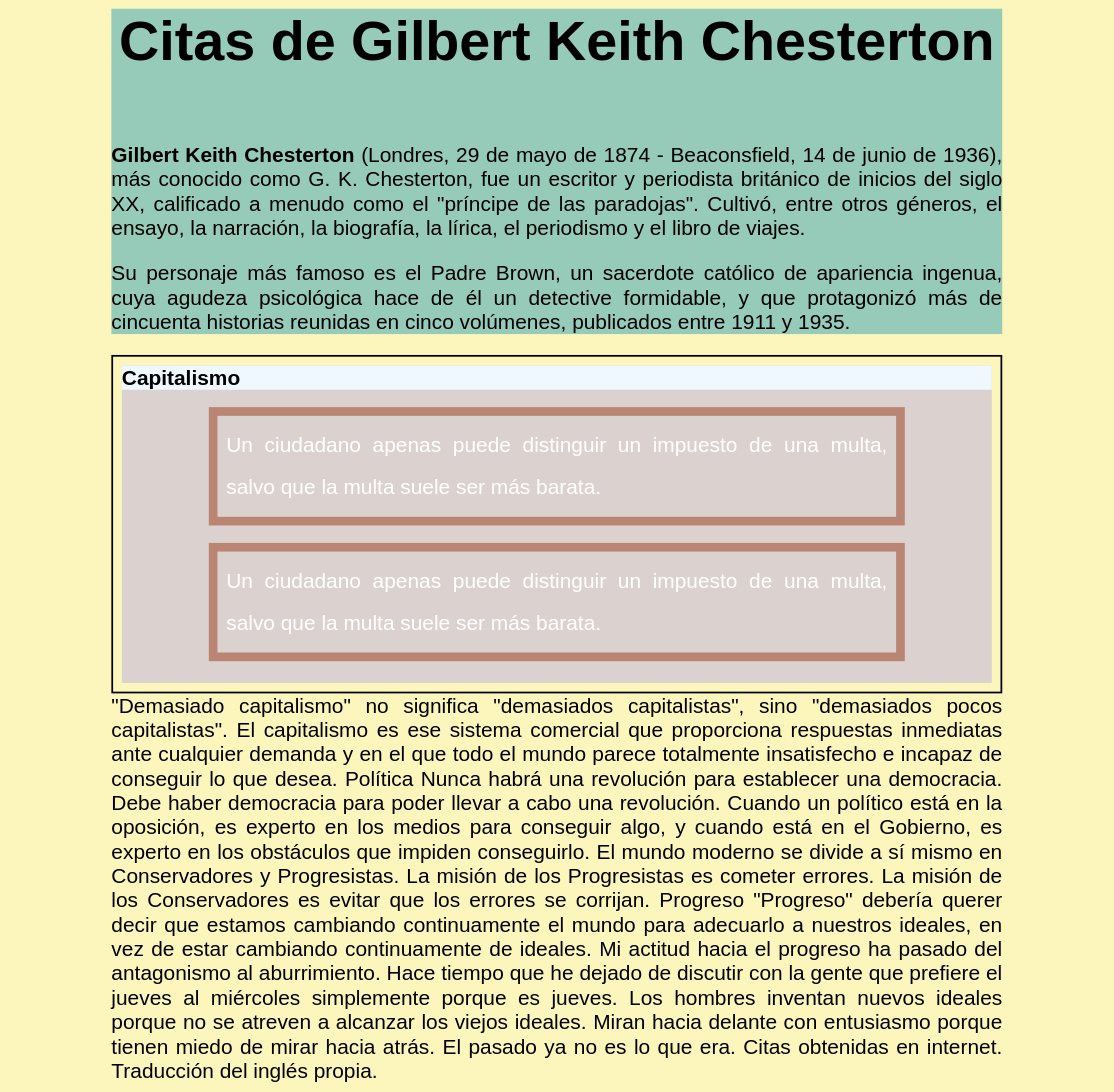
Repository: EmilyMachuca-Developer/Advanced-Programming-Projects
Page: index.html
An editor plug-in stored every save of this project. The page is shown before and after the next save, followed by the edit.
The browser window is 1280 px wide. The pictures show the whole page, at 87% of full size.

Above is the page before, as saved 2024-02-26 20:35:19.

After the next save:
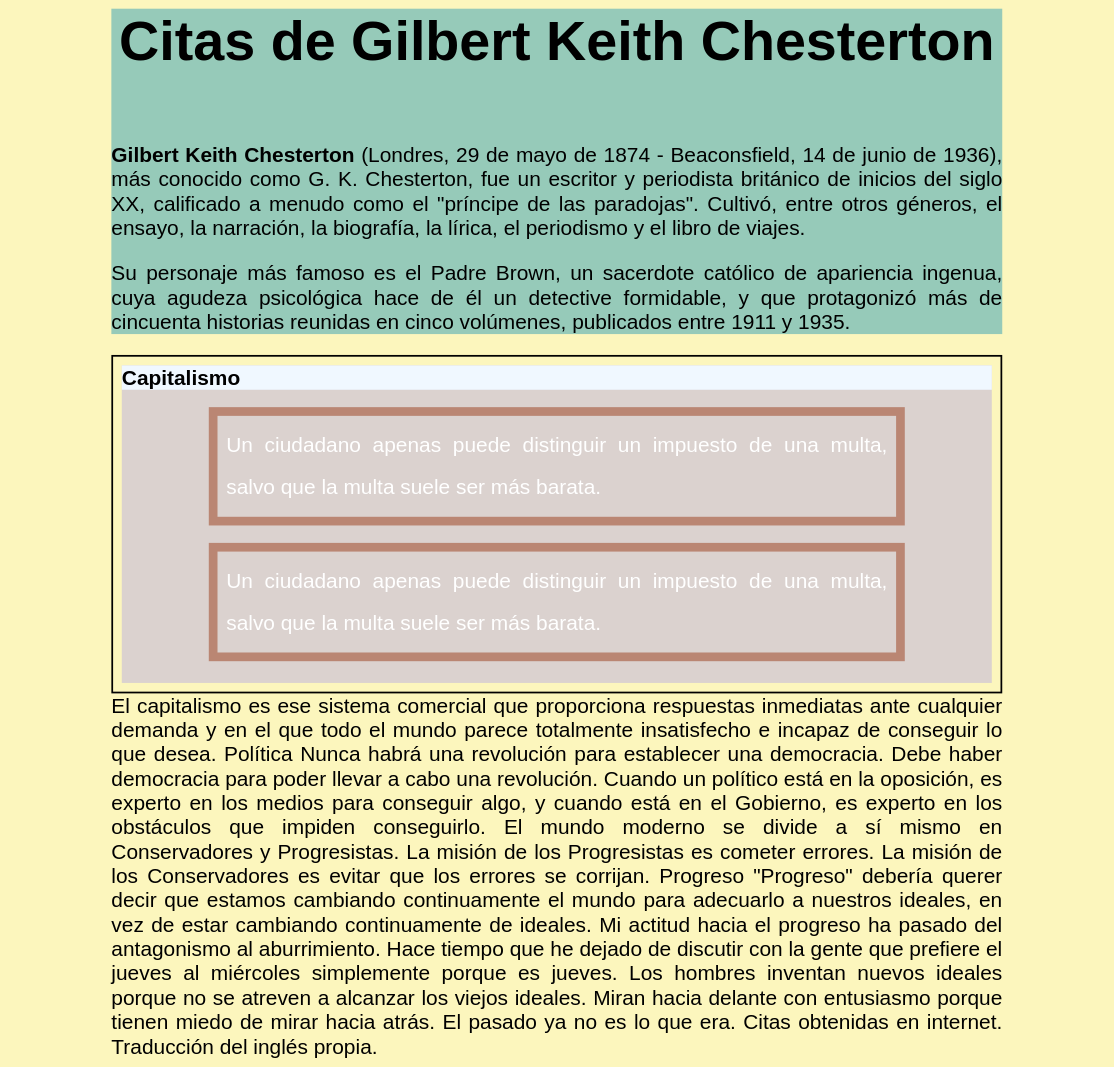
Saved 11 s later.
--- a/index.html
+++ b/index.html
@@ -17,9 +17,6 @@
         </div></section></main>
 
 
-
-
-"Demasiado capitalismo" no significa "demasiados capitalistas", sino "demasiados pocos capitalistas".
 
 El capitalismo es ese sistema comercial que proporciona respuestas inmediatas ante cualquier demanda y en el que todo el mundo parece totalmente insatisfecho e incapaz de conseguir lo que desea.
 
